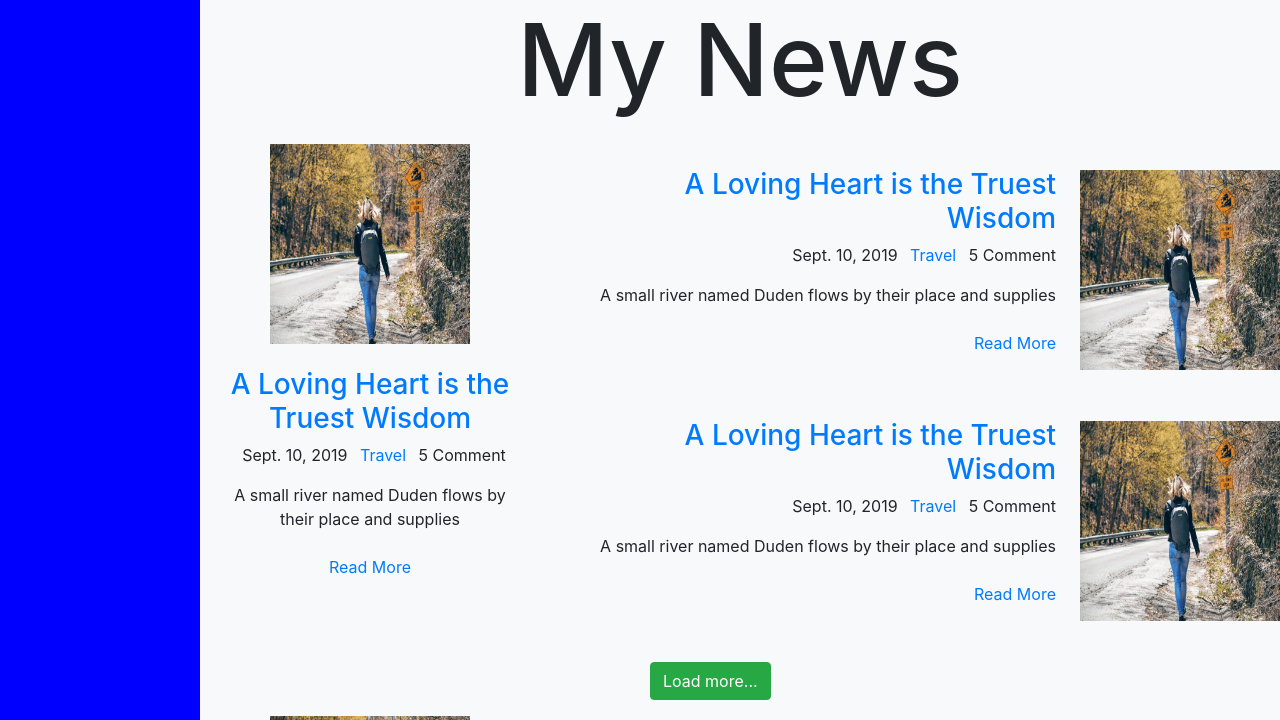
Repository: tts2610/GoogleNews
Page: index.html
An editor plug-in stored every save of this project. The page is shown before and after the next save, followed by the edit.
The browser window is 1280 px wide. The pictures show the whole page.
An inner scrolling area shows only its first screen.

Above is the page before, as saved 2020-05-20 14:25:01.

### index.html
<!DOCTYPE html>
<html lang="en">

<head>
    <meta charset="UTF-8">
    <meta name="viewport" content="width=device-width, initial-scale=1.0">
    <title>Document</title>
    <link rel="stylesheet" href="https://maxcdn.bootstrapcdn.com/bootstrap/4.4.1/css/bootstrap.min.css">

    <!-- jQuery library -->
    <script src="https://ajax.googleapis.com/ajax/libs/jquery/3.5.1/jquery.min.js"></script>

    <!-- Popper JS -->
    <script src="https://cdnjs.cloudflare.com/ajax/libs/popper.js/1.16.0/umd/popper.min.js"></script>

    <!-- Latest compiled JavaScript -->
    <script src="https://maxcdn.bootstrapcdn.com/bootstrap/4.4.1/js/bootstrap.min.js"></script>
    <link rel="stylesheet" href="css/style.css">

    <link href="https://unpkg.com/aos@2.3.1/dist/aos.css" rel="stylesheet">
</head>

<body>
    <div class="myContainer">
        <div class="sidenav"></div>
        <div class="content" id="myContent">
            <div class="content-header mb-4">
                <h1 style="font-size: 100px; text-align: center;">My News</h1>
            </div>
            <div class="row">
                <div class="col-4 d-flex">
                    <div class="blog-entry-left">
                        <div>
                            <img src="img/image_8.jpg" width="200" height="200">
                        </div>
                        <div class="text p-4" style="text-align: center;">
                            <h3 class="mb-2"><a href="single.html">A Loving Heart is the Truest Wisdom</a></h3>
                            <div class="meta-wrap">
                                <p class="meta">
                                    <span><i class="icon-calendar mr-2"></i>Sept. 10, 2019</span>
                                    <span><a href="single.html"><i class="icon-folder-o mr-2"></i>Travel</a></span>
                                    <span><i class="icon-comment2 mr-2"></i>5 Comment</span>
                                </p>
                            </div>
                            <p class="mb-4">A small river named Duden flows by their place and supplies</p>
                            <p><a href="#" class="btn-custom">Read More <span class="ion-ios-arrow-forward"></span></a></p>
                        </div>
                    </div>
                </div>
                <div class="col-8 d-flex">
                    <div class="row">
                        <div class="col-md-12">
                            <div class="blog-entry ftco-animate d-md-flex align-items-center">
                                <div class="text text-2 text-md-right p-4">
                                    <h3 class="mb-2"><a href="single.html">A Loving Heart is the Truest Wisdom</a></h3>
                                    <div class="meta-wrap">
                                        <p class="meta">
                                            <span><i class="icon-calendar mr-2"></i>Sept. 10, 2019</span>
                                            <span><a href="single.html"><i class="icon-folder-o mr-2"></i>Travel</a></span>
                                            <span><i class="icon-comment2 mr-2"></i>5 Comment</span>
                                        </p>
                                    </div>
                                    <p class="mb-4">A small river named Duden flows by their place and supplies</p>
                                    <p><a href="#" class="btn-custom">Read More <span class="ion-ios-arrow-forward"></span></a></p>
                                </div>
                                <div class="news-img"><img src="img/image_8.jpg" width="200" height="200"></div>
                            </div>
                        </div>
                        <div class="col-md-12">
                            <div class="blog-entry ftco-animate d-md-flex align-items-center">
                                <div class="text text-2 text-md-right p-4">
                                    <h3 class="mb-2"><a href="single.html">A Loving Heart is the Truest Wisdom</a></h3>
                                    <div class="meta-wrap">
                                        <p class="meta">
                                            <span><i class="icon-calendar mr-2"></i>Sept. 10, 2019</span>
                                            <span><a href="single.html"><i class="icon-folder-o mr-2"></i>Travel</a></span>
                                            <span><i class="icon-comment2 mr-2"></i>5 Comment</span>
                                        </p>
                                    </div>
                                    <p class="mb-4">A small river named Duden flows by their place and supplies</p>
                                    <p><a href="#" class="btn-custom">Read More <span class="ion-ios-arrow-forward"></span></a></p>
                                </div>
                                <div class="news-img"><img src="img/image_8.jpg" width="200" height="200"></div>
                            </div>
                        </div>
                    </div>
                </div>
            </div>
            <button type="button" id="loadMoreBtn" class="btn btn-success my-3" style="margin-left: 450px;">Load more...</button>
            <div class="row">
                <div class="col-4 d-flex">
                    <div class="blog-entry-left">
                        <div>
                            <img src="img/image_8.jpg" width="200" height="200">
                        </div>
                        <div class="text p-4" style="text-align: center;">
                            <h3 class="mb-2"><a href="single.html">A Loving Heart is the Truest Wisdom</a></h3>
                            <div class="meta-wrap">
                                <p class="meta">
                                    <span><i class="icon-calendar mr-2"></i>Sept. 10, 2019</span>
                                    <span><a href="single.html"><i class="icon-folder-o mr-2"></i>Travel</a></span>
                                    <span><i class="icon-comment2 mr-2"></i>5 Comment</span>
                                </p>
                            </div>
                            <p class="mb-4">A small river named Duden flows by their place and supplies</p>
                            <p><a href="#" class="btn-custom">Read More <span class="ion-ios-arrow-forward"></span></a></p>
                        </div>
                    </div>
                </div>
                <div class="col-8 d-flex">
                    <div class="row">
                        <div class="col-md-12">
                            <div class="blog-entry ftco-animate d-md-flex align-items-center">
                                <div class="text text-2 text-md-right p-4">
                                    <h3 class="mb-2"><a href="single.html">A Loving Heart is the Truest Wisdom</a></h3>
                                    <div class="meta-wrap">
                                        <p class="meta">
                                            <span><i class="icon-calendar mr-2"></i>Sept. 10, 2019</span>
                                            <span><a href="single.html"><i class="icon-folder-o mr-2"></i>Travel</a></span>
                                            <span><i class="icon-comment2 mr-2"></i>5 Comment</span>
                                        </p>
                                    </div>
                                    <p class="mb-4">A small river named Duden flows by their place and supplies</p>
                                    <p><a href="#" class="btn-custom">Read More <span class="ion-ios-arrow-forward"></span></a></p>
                                </div>
                                <div class="news-img"><img src="img/image_8.jpg" width="200" height="200"></div>
                            </div>
                        </div>
                        <div class="col-md-12">
                            <div class="blog-entry ftco-animate d-md-flex align-items-center">
                                <div class="text text-2 text-md-right p-4">
                                    <h3 class="mb-2"><a href="single.html">A Loving Heart is the Truest Wisdom</a></h3>
                                    <div class="meta-wrap">
                                        <p class="meta">
                                            <span><i class="icon-calendar mr-2"></i>Sept. 10, 2019</span>
                                            <span><a href="single.html"><i class="icon-folder-o mr-2"></i>Travel</a></span>
                                            <span><i class="icon-comment2 mr-2"></i>5 Comment</span>
                                        </p>
                                    </div>
                                    <p class="mb-4">A small river named Duden flows by their place and supplies</p>
                                    <p><a href="#" class="btn-custom">Read More <span class="ion-ios-arrow-forward"></span></a></p>
                                </div>
                                <div class="news-img"><img src="img/image_8.jpg" width="200" height="200"></div>
                            </div>
                        </div>
                    </div>
                </div>
            </div>
        </div>
    </div>

    <script src="js/script.js"></script>
    <script src="https://unpkg.com/aos@2.3.1/dist/aos.js"></script>
    <script>
        AOS.init();
    </script>
</body>

</html>

### css/style.css
body {
    margin: 0
}

.myContainer {
    display: flex;
    justify-content: start;
}

.sidenav {
    min-height: 100vh;
    width: 200px;
    float: left;
    position: relative;
    background-color: blue;
}

.content {
    height: 100vh;
    width: calc(100% - 200px);
    float: right;
    position: relative;
    background-color: #f8f9fa;
    overflow-y: scroll;
}

.blog-entry-left {
    display: flex;
    flex-direction: column;
    align-items: center;
}

Loaded but not shown: js/script.js (common file)

After the next save:
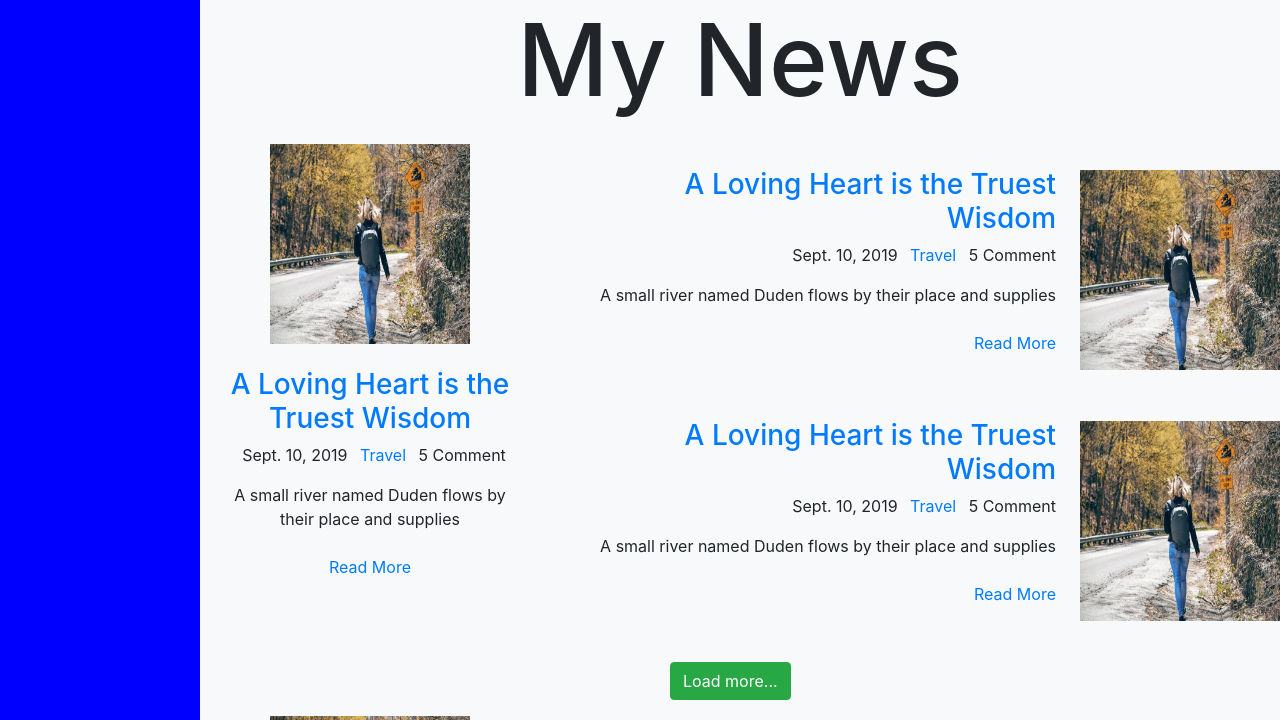
Saved 5 s later.
--- a/index.html
+++ b/index.html
@@ -86,7 +86,7 @@
                     </div>
                 </div>
             </div>
-            <button type="button" id="loadMoreBtn" class="btn btn-success my-3" style="margin-left: 450px;">Load more...</button>
+            <button type="button" id="loadMoreBtn" class="btn btn-success my-3" style="margin-left: 470px;">Load more...</button>
             <div class="row">
                 <div class="col-4 d-flex">
                     <div class="blog-entry-left">
